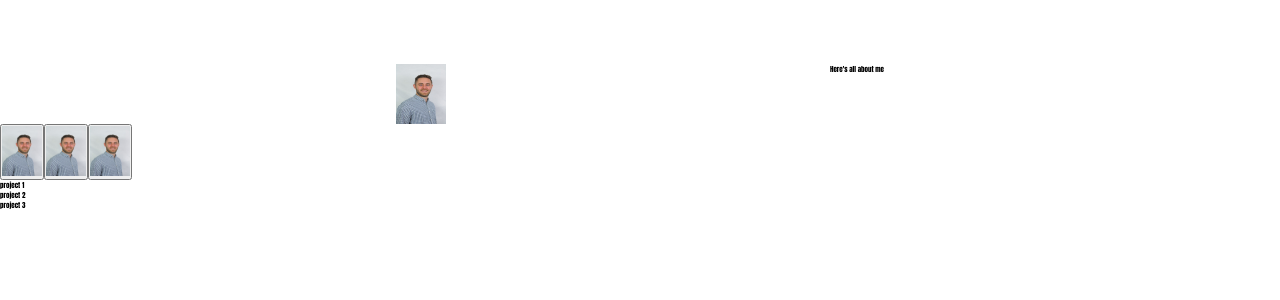
Repository: Kobramall/portfolio-project
Page: /portfolio
An editor plug-in stored every save of this project. The page is shown before and after the next save, followed by the edit.
The browser window is 1280 px wide. The pictures show the whole page.
The project was rebuilt for these pictures with package versions that can differ from the ones it lists, and the page was loaded fresh each time. Also part of the build but not shown: src/App.css, src/componets/Main.jsx. Imported but missing from the stored project, and not drawn on this page: src/assets/Landscape.mov.

Above is the page before, as saved 2022-11-01 15:20:39.

### src/index.css
*{
  margin:0;
  padding: 0;
  font-family: Impact, Haettenschweiler, 'Arial Narrow Bold', sans-serif;
}


.main{
  width: 100%;
  height: 100%;
}

video{
  width: 100%;
  height: 100%;
  object-fit: cover;
}

.content{
  position: absolute;
  width: 100%;
  height: 100%;
  top:0;
  display: flex;
  flex-direction: column;
  justify-content: center;
  align-items: center;
  color: azure;
  font-size: 6px;
}
.content button{
  color:azure;
  background-color: #fff;
  background-color: rgba(255, 255, 255, 0.5);
  font-size: 7px;
  border-color: transparent;
}

.content button:hover{
  background-color: lightblue;
}

.overlay{
  position: absolute;
  top: 0;
  left: 0;
  width: 100%;
  height: 100%;
}

.intro{
  margin-top: 5%;
  display: flex;
  justify-content: center;
}

.intro img{
  margin-right: 30%;
}

### src/App.js
import './App.css';
import Main from './componets/Main'
import Portfolio from './componets/Portfolio';
import {BrowserRouter as Router, Routes, Route } from "react-router-dom";

function App() {
  return (
    <Router>
      <Routes>
        <Route path="/" element={<Main />} />
        <Route path="/portfolio" element={<Portfolio />} />
       </Routes>
    </Router>
  )
}

export default App;

### src/componets/Portfolio.jsx
import React from'react'
import Img from '../assets/IMG-3147.jpg'
import '../Portfolio.css'


const Portfolio = () =>{
    return(
        <div className='portfolio'>
            <div className='intro'>
               <img src={Img} alt="Profile Picture" width="50" height="60"/>
               <p>Here's all about me</p>
            </div>
            <div className='projectLinks'>
                    <a href="https://github.com/Kobramall" ><button><img src={Img} alt="filler pics" width="40" height="50"/></button></a>
                    <a href="https://github.com/Kobramall" ><button><img src={Img} alt="filler pics" width="40" height="50"/></button></a>
                    <a href="https://github.com/Kobramall" ><button><img src={Img} alt="filler pics" width="40" height="50"/></button></a>
            </div>
            <div className='projectDes'>
                   <p>project 1</p>
                   <p>project 2</p>
                   <p>project 3</p>
            </div>
            <footer>

            </footer>
        </div>
    )
}

export default Portfolio

### src/Portfolio.css
*{
    font-size: 7px;
}

Loaded but not shown: public/index.html (common file); src/index.js (common file); src/reportWebVitals.js (common file)

After the next save:
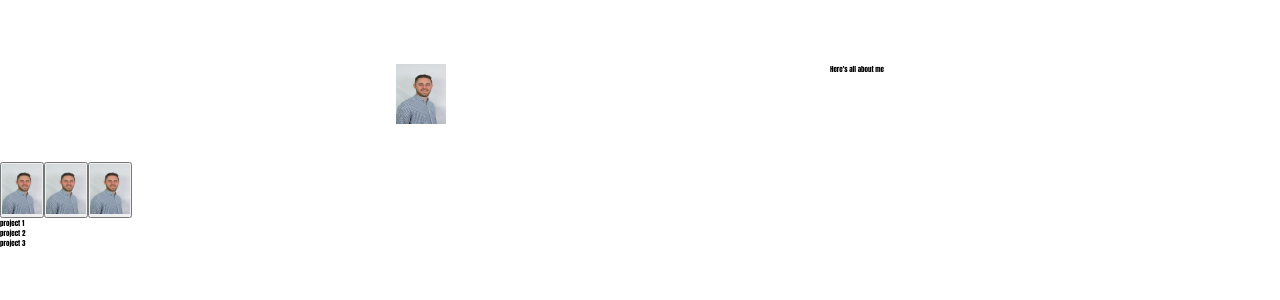
Saved 30 s later.
--- a/src/index.css
+++ b/src/index.css
@@ -52,6 +52,7 @@ video{
   margin-top: 5%;
   display: flex;
   justify-content: center;
+  margin-bottom: 3%;
 }
 
 .intro img{
